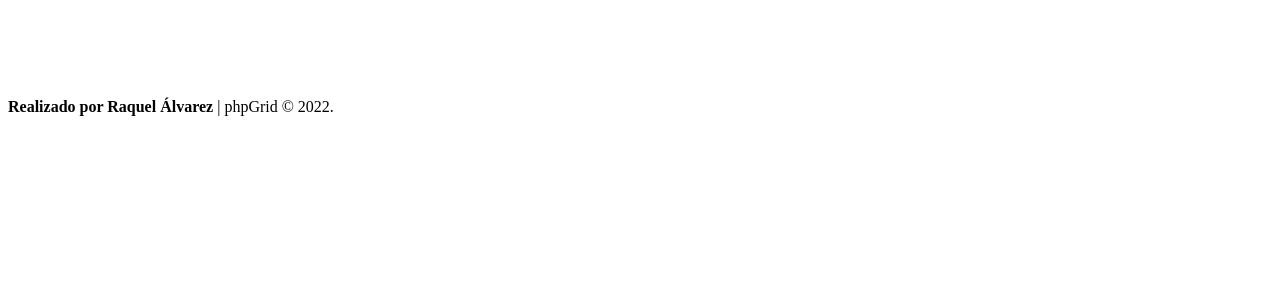
Repository: RaquelAlvarezz/free
Page: http://localhost/php/inc/footer.php
These files come from the project's save history. The page is drawn as it stood at one moment and after the next save; the edit follows.
The browser window is 1280 px wide. The pictures show the whole page.
The page is run by PHP 8.4 with error messages shown; the project is at /var/www/html/.

Above is the page before, as saved 2022-01-20 14:33:52.

### inc/footer.php
<br /><br /><br /><br /><br />
<div class="footer"><strong>Realizado por Raquel Álvarez</strong> | phpGrid &copy; <?php echo date('Y'); ?>.</div>

</body>
</html>

After the next save:
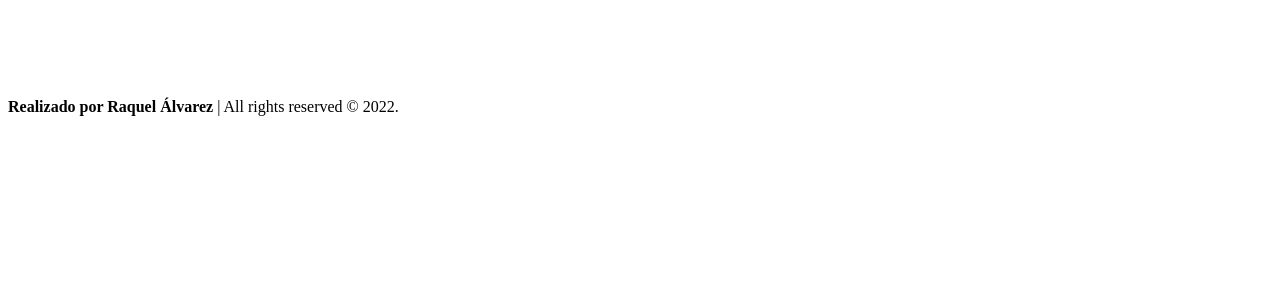
Saved 45 s later.
--- a/inc/footer.php
+++ b/inc/footer.php
@@ -1,5 +1,5 @@
 <br /><br /><br /><br /><br />
-<div class="footer"><strong>Realizado por Raquel Álvarez</strong> | phpGrid &copy; <?php echo date('Y'); ?>.</div>
+<div class="footer"><strong>Realizado por Raquel Álvarez</strong> | All rights reserved &copy; <?php echo date('Y'); ?>.</div>
 
 </body>
 </html>
